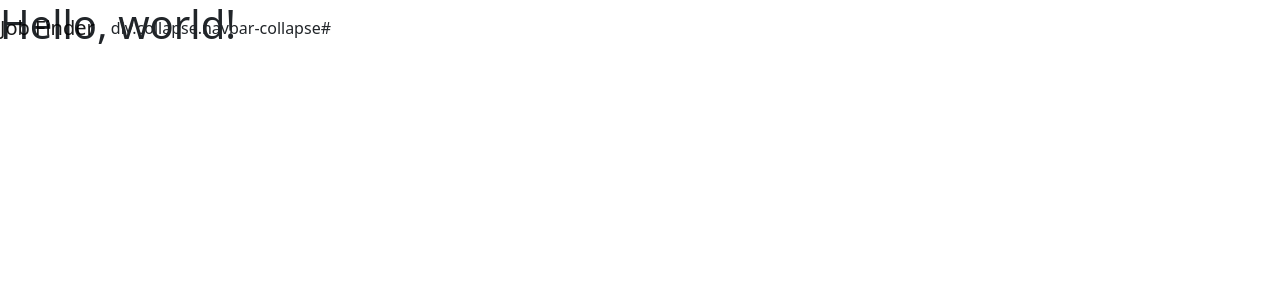
Repository: doncsar/couse-jobfinder-app
Page: templates/index.html
The author's editor kept a copy of each file at every save. The page is drawn from the files as they stood at one save, then again after a run of saves.
The browser window is 1280 px wide. The pictures show the whole page.

Above is the page before, as saved 2023-12-17 10:50:38.

After the next 2 saves:
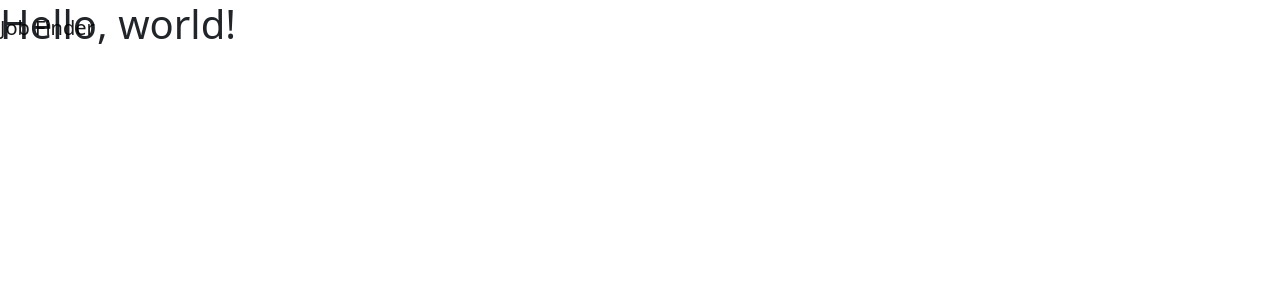
The 2 saves are shown as one change because they came seconds apart.
The last was saved 5 s later.
--- a/templates/index.html
+++ b/templates/index.html
@@ -14,7 +14,7 @@
         <button class="navbar-toggler" type="button" data-toggle="collapse" data-target="#navbarNav" aria-controls="navbarNav" aria-expanded="false" aria-label="Toggle navigation ">
           <span class="navbar-toggle-icon"></span>
         </button>
-        div.collapse.navbar-collapse#
+        <div class="collapse navbar-collapse" id="navbarNav"></div>
         </p>
         <div class="collapse" id="contentId"></div>
 
